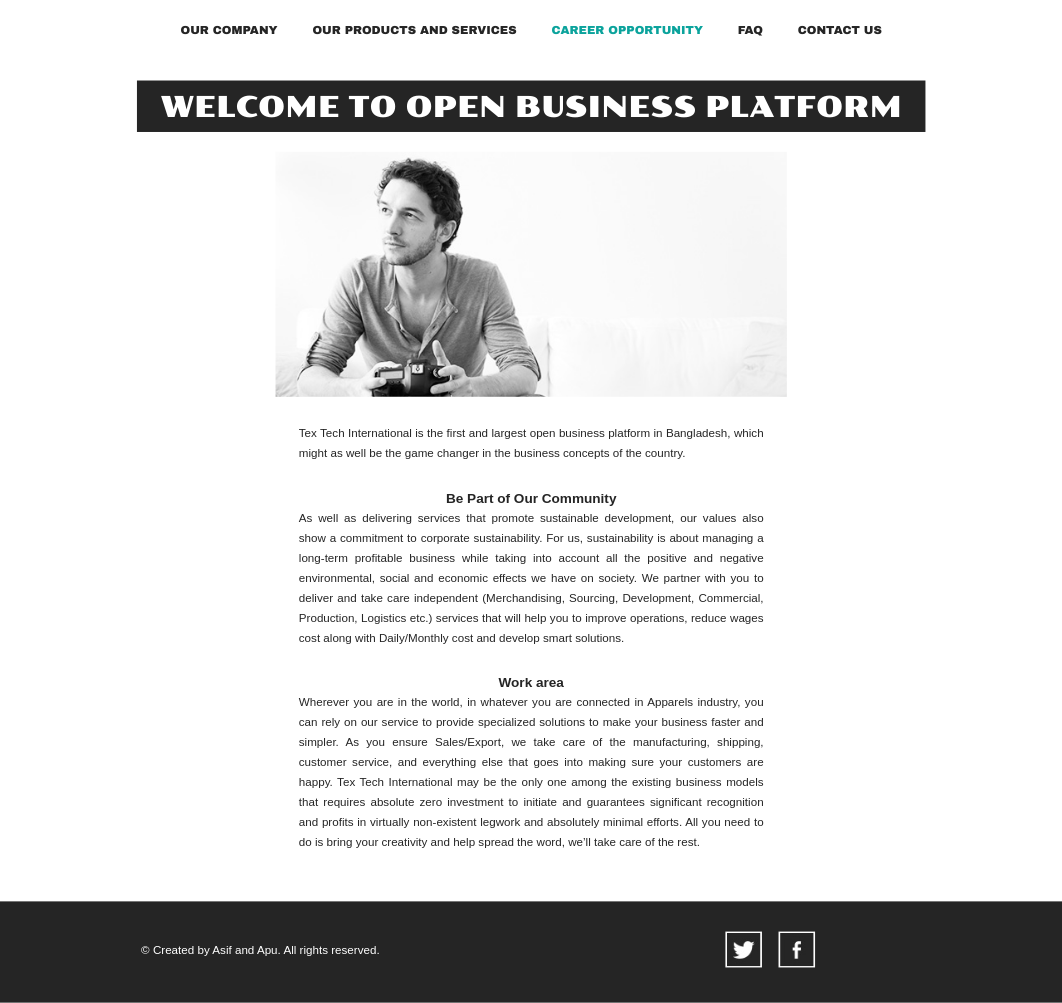
Repository: asifdotpy/textechint
Page: about.html
An editor plug-in stored every save of this project. The page is shown before and after the next save, followed by the edit.
The browser window is 1280 px wide. The pictures show the whole page, at 83% of full size.

Above is the page before, as saved 2021-02-24 00:47:33.

After the next save:
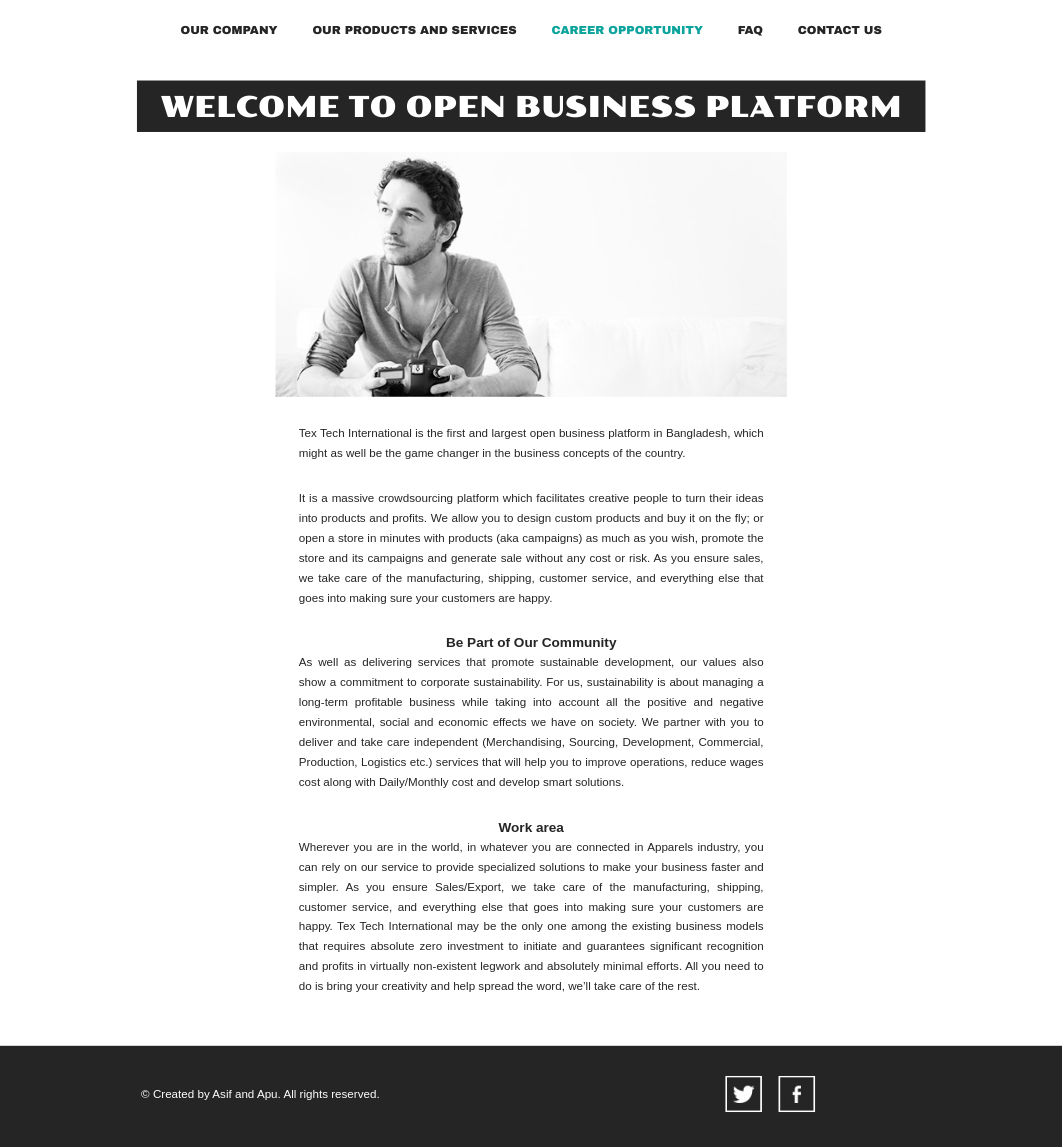
Saved 35 s later.
--- a/about.html
+++ b/about.html
@@ -37,7 +37,7 @@
 				<!--<h3>Tex Tech International is the first and largest open business platform in Bangladesh</h3>-->
 				<p>Tex Tech International is the first and largest open business platform in Bangladesh, which might as well be the game changer in the business concepts of the country. </p>
 				<!--<h3>Our goal </h3>-->
-				<p></p>
+				<p>It is a massive crowdsourcing platform which facilitates creative people to turn their ideas into products and profits. We allow you to design custom products and buy it on the fly; or open a store in minutes with products (aka campaigns) as much as you wish, promote the store and its campaigns and generate sale without any cost or risk. As you ensure sales, we take care of the manufacturing, shipping, customer service, and everything else that goes into making sure your customers are happy.</p>
 				<h3>Be Part of Our Community</h3>
 				<p>
 					As well as delivering services that promote sustainable development, our values also show a commitment to corporate sustainability. For us, sustainability is about managing a long-term profitable business while taking into account all the positive and negative environmental, social and economic effects we have on society. We partner with you to deliver and take care independent (Merchandising, Sourcing, Development, Commercial, Production, Logistics etc.) services that will help you to improve operations, reduce wages cost along with Daily/Monthly cost and develop smart solutions.
